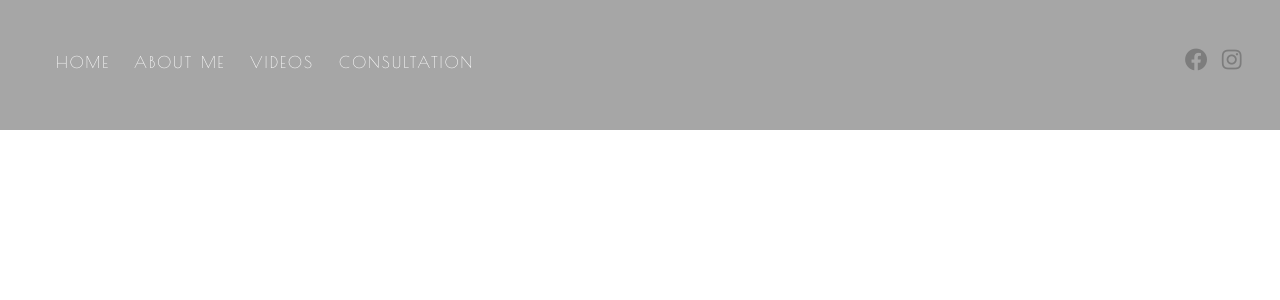
Repository: Aleksandre19/cv-ucmp
Page: index.html
The author's editor kept a record of every edit. The page is drawn from the files as they stood at one moment, then again after the next edit.
The browser window is 1280 px wide. The pictures show the whole page.
Some web libraries are served in a nearby version.

Above is the page before.

After the next edit:
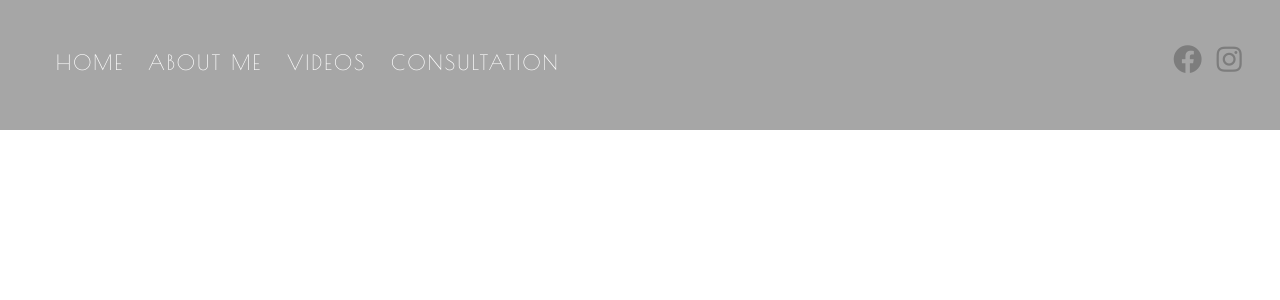
The edit:
--- a/assets/css/style.css
+++ b/assets/css/style.css
@@ -113,6 +113,15 @@
 /* Responsive typography scale for mobile and tablet */
 
 
+@media (min-width: 376px){ /* Adjusting menu links size after mobile  */
+    .main-menu li a{
+       font-size: 1.3em;
+     }
+
+     .social-links a{ /* Adjusting social links size on tablet and mobile */
+         font-size: 1.8em;
+     }
+}
 
 
 /* ######## END RESPONSIVE DESIGN ################### */
